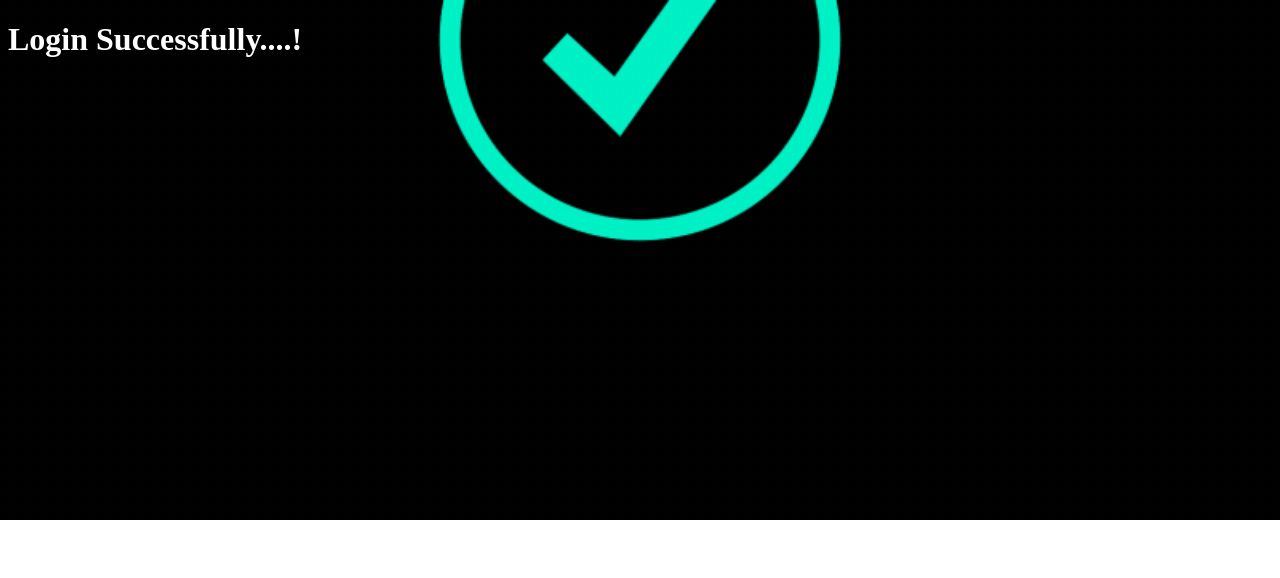
Repository: Kartik-Karle51/OIBSIP
Page: Login_Authentication/LoginAuthentication/src/main/webapp/success.html
The author's editor kept a copy of each file at every save. The page is drawn from the files as they stood at one save, then again after the next save.
The browser window is 1280 px wide. The pictures show the whole page.

Above is the page before, as saved 2024-12-06 18:11:11.

After the next save:
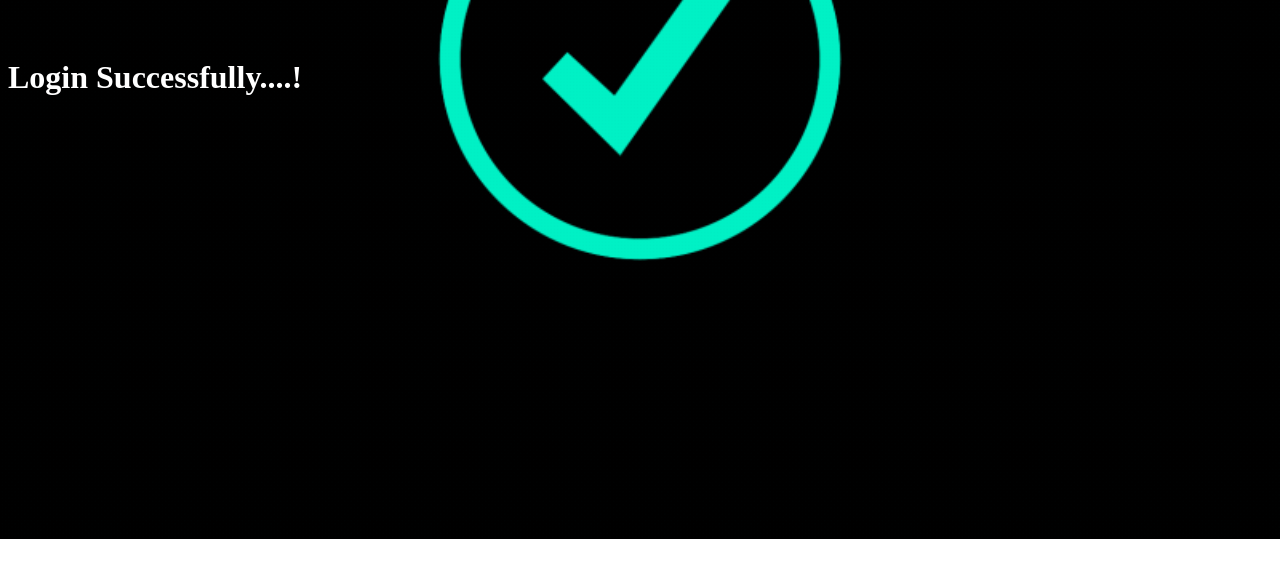
Saved 21 s later.
--- a/Login_Authentication/LoginAuthentication/src/main/webapp/success.html
+++ b/Login_Authentication/LoginAuthentication/src/main/webapp/success.html
@@ -8,6 +8,7 @@ body{
 background-image: url("Check mark animation.gif");
 background-position: center;
 background-size: 100%;
+padding-top:30px;
 background-repeat: no-repeat;
 }
 h1{
